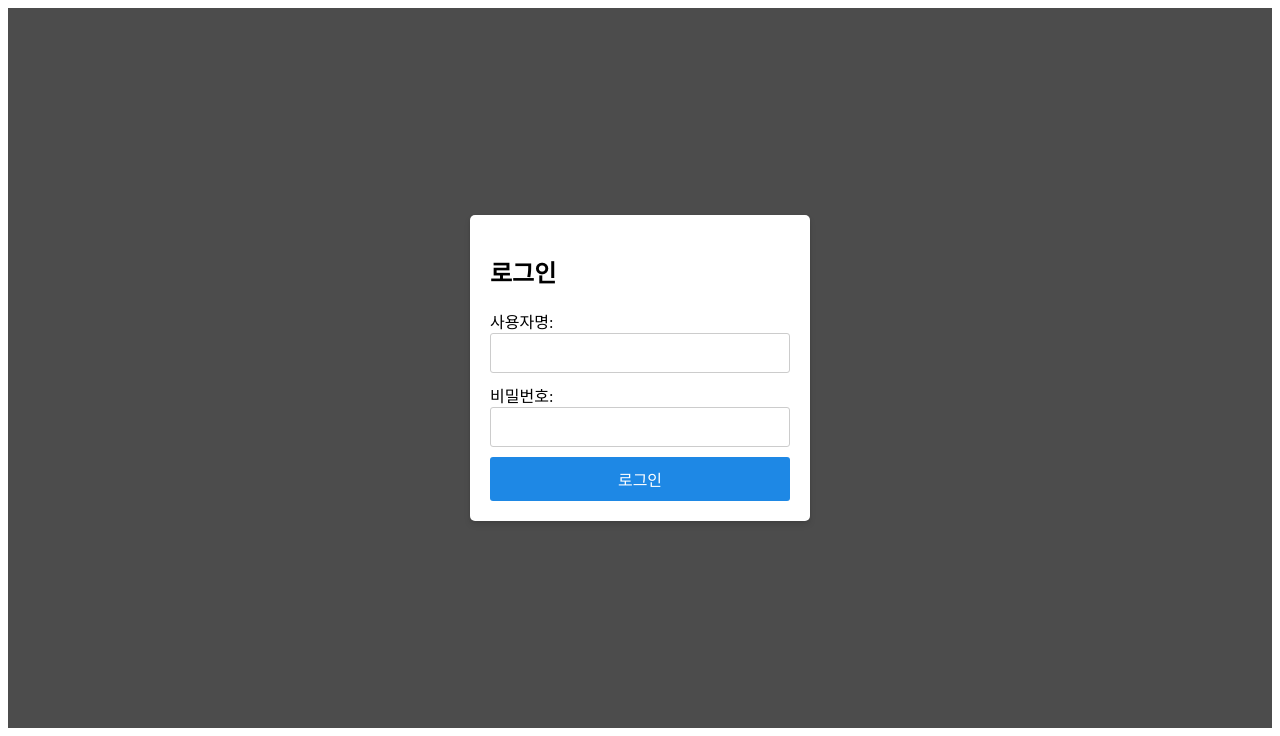
Repository: NewTurn2017/MyChome
Page: index.html
The author's editor kept a copy of each file at every save. The page is drawn from the files as they stood at one save, then again after the next save.
The browser window is 1280 px wide. The pictures show the whole page.
The page's requests for data from a server got no answer.

Above is the page before, as saved 2023-04-17 20:50:25.
Console error: ReferenceError: validateUser is not defined

### index.html
<!DOCTYPE html>
<html lang="ko-KR">
  <head>
    <meta charset="UTF-8" />
    <title>나만의 홈페이지</title>
    <link rel="stylesheet" href="style.css" />
  </head>

  <body>
    <div id="mainContent" style="display: none">
      <div id="content">
        <div id="clock"></div>
        <div id="quote"></div>
        <div id="weather"></div>

        <div id="todo">
          <form id="todoForm">
            <input
              type="text"
              id="todoInput"
              placeholder="할 일을 입력하세요"
            />
            <button type="submit" id="addBtn">추가</button>
          </form>
          <ul id="todoList"></ul>
          <button id="saveBtn">저장</button>
          <button id="loadBtn">불러오기</button>
        </div>
      </div>
    </div>
    <div id="loginContainer">
      <div id="loginFormContainer">
        <h2>로그인</h2>
        <form id="loginForm">
          <div class="inputContainer">
            <label for="username">사용자명:</label>
            <input type="text" id="username" />
          </div>
          <div class="inputContainer">
            <label for="password">비밀번호:</label>
            <input type="password" id="password" />
          </div>
          <button type="submit" id="loginBtn">로그인</button>
        </form>
      </div>
    </div>

    <script src="main.js"></script>
    <script src="database.js"></script>
    <script src="clock.js"></script>
    <script src="quote.js"></script>
    <script src="weather.js"></script>
    <script src="todo.js"></script>
  </body>
</html>

### style.css
/* 모달 스타일 */
.modal {
  display: none; /* 모달을 기본적으로 숨김 */
  position: fixed; /* 스크롤에 따라 모달이 움직이지 않도록 고정 */
  z-index: 1; /* 모달이 다른 요소들 위에 위치하도록 설정 */
  left: 0;
  top: 0;
  width: 100%;
  height: 100%;
  overflow: auto;
  background-color: rgba(0, 0, 0, 0.7);
}

.modal-content {
  background-color: #fefefe;
  margin: 15% auto;
  padding: 20px;
  border: 1px solid #888;
  width: 30%;
  border-radius: 10px;
  box-shadow: 0 4px 6px rgba(0, 0, 0, 0.1), 0 1px 3px rgba(0, 0, 0, 0.08);
}

.close {
  float: right;
  font-size: 28px;
  font-weight: bold;
  cursor: pointer;
  color: #888;
}

.close:hover,
.close:focus {
  color: #444;
  text-decoration: none;
  cursor: pointer;
}

/* 기존 스타일들 */

/* 로그인 컨테이너 스타일 */
#loginContainer {
  display: flex;
  justify-content: center;
  align-items: center;
  height: 100vh;
  background-color: rgba(0, 0, 0, 0.7);
}

#loginFormContainer {
  background-color: #fff;
  width: 300px;
  padding: 20px;
  border-radius: 5px;
  box-shadow: 0 4px 6px rgba(0, 0, 0, 0.1), 0 1px 3px rgba(0, 0, 0, 0.08);
}

h2 {
  margin-bottom: 20px;
}

.inputContainer {
  display: flex;
  flex-direction: column;
  margin-bottom: 10px;
}

input[type='text'],
input[type='password'] {
  padding: 10px;
  font-size: 16px;
  border: 1px solid #ccc;
  border-radius: 3px;
}

button#loginBtn {
  width: 100%;
  padding: 10px;
  font-size: 16px;
  background-color: #1e88e5;
  color: #fff;
  border: none;
  border-radius: 3px;
  cursor: pointer;
}

#loginBtn:hover {
  opacity: 0.8;
}

### main.js
// 로그인 폼 열기
const loginModal = document.getElementById('loginModal')
const loginBtn = document.getElementById('loginBtn')
const closeBtn = document.querySelector('.close')

// 아이디와 비밀번호 검증
if (validateUser(username, password)) {
  alert('로그인되었습니다.')
  loginModal.style.display = 'none'
  // 로그인 성공 시 mainContent div를 표시함
  document.getElementById('mainContent').style.display = 'block'
} else {
  alert('아이디 또는 비밀번호가 올바르지 않습니다.')
}

loginBtn.onclick = function () {
  loginModal.style.display = 'block'
}

// 로그인 폼 닫기
closeBtn.onclick = function () {
  loginModal.style.display = 'none'
}

// 로그인 폼 전송
const loginForm = document.getElementById('loginForm')

loginForm.addEventListener('submit', function (event) {
  event.preventDefault() // 폼 기본 동작 중단

  // 입력된 아이디와 비밀번호 가져오기
  const username = loginForm.username.value
  const password = loginForm.password.value

  // 아이디와 비밀번호 검증
  // TODO: 실제로는 서버와 통신하여 검증해야 함
  if (username === 'admin' && password === '1234') {
    alert('로그인되었습니다.')
    loginModal.style.display = 'none'
  } else {
    alert('아이디 또는 비밀번호가 올바르지 않습니다.')
  }
})

### database.js
const users = [
  {
    username: 'admin',
    password: '1234',
  },
  {
    username: 'user',
    password: '5678',
  },
]

function validateUser(username, password) {
  const user = users.find(
    (user) => user.username === username && user.password === password
  )

  return user ? true : false
}

### clock.js
// 시계 출력 함수
function showClock() {
  const now = new Date() // 현재 시간을 가져옴
  const hour = now.getHours() // 시간을 가져옴
  const minute = now.getMinutes() // 분을 가져옴
  const second = now.getSeconds() // 초를 가져옴

  const clock = document.getElementById('clock')
  clock.textContent = `${hour < 10 ? '0' + hour : hour}:${
    minute < 10 ? '0' + minute : minute
  }:${second < 10 ? '0' + second : second}`

  // 1초마다 showClock 함수를 호출하여 시간을 업데이트 함
  setTimeout(showClock, 1000)
}

// showClock 함수를 최초로 호출하여 화면에 시계를 표시함
showClock()

### quote.js
// 명언 출력 함수
async function showQuote() {
  const response = await fetch('https://quotes.rest/qod') // 명언을 가져옴
  const data = await response.json()
  const quote = data.contents.quotes[0].quote
  const author = data.contents.quotes[0].author

  const quoteElem = document.getElementById('quote')
  quoteElem.innerHTML = `<p>${quote}</p><p>- ${author}</p>`

  // 30초마다 showQuote 함수를 호출하여 명언을 업데이트 함
  setTimeout(showQuote, 30000)
}

// showQuote 함수를 최초로 호출하여 화면에 명언을 표시함
showQuote()

### todo.js
// Todo List 출력 함수
function showTodoList() {
  const todoList = JSON.parse(localStorage.getItem('todoList')) || [] // 로컬 스토리지에서 Todo List를 가져옴

  const todoListElem = document.getElementById('todoList')
  todoListElem.innerHTML = ''

  todoList.forEach((todo, index) => {
    const li = document.createElement('li')
    li.innerHTML = `
        <input type="text" value="${todo}" data-index="${index}">
        <button class="deleteBtn" data-index="${index}">삭제</button>
      `
    todoListElem.appendChild(li)
  })

  // 삭제 버튼 클릭 이벤트 핸들러 등록
  const deleteBtns = document.querySelectorAll('.deleteBtn')
  deleteBtns.forEach((btn) => {
    btn.onclick = function () {
      const index = this.dataset.index
      todoList.splice(index, 1)
      showTodoList()
    }
  })
}

// Todo List 추가 함수
function addTodoList() {
  const todoInput = document.getElementById('todoInput')
  const todoList = JSON.parse(localStorage.getItem('todoList')) || [] // 로컬 스토리지에서 Todo List를 가져옴
  todoList.push(todoInput.value) // 새로운 할 일을 추가함
  localStorage.setItem('todoList', JSON.stringify(todoList)) // 로컬 스토리지에 Todo List를 저장함
  todoInput.value = '' // 입력 필드를 초기화함
  showTodoList()
}

// Todo List 수정 함수
function modifyTodoList(index, value) {
  const oldTodoList = JSON.parse(localStorage.getItem('todoList')) || [] // 로컬 스토리지에서 Todo List를 가져옴
  oldTodoList[index] = value // 할 일을 수정함
  localStorage.setItem('todoList', JSON.stringify(oldTodoList)) // 로컬 스토리지에 Todo List를 저장함
  showTodoList()
}

// Todo List 저장 함수
function saveTodoList() {
  const todoList = JSON.parse(localStorage.getItem('todoList')) || [] // 로컬 스토리지에서 Todo List를 가져옴
  const filename = 'todolist.json'
  const blob = new Blob([JSON.stringify(todoList)], {
    type: 'application/json',
  })
  const url = URL.createObjectURL(blob)
  const a = document.createElement('a')
  a.href = url
  a.download = filename
  a.click()
}
// Todo List 불러오기 함수
async function loadTodoList() {
  const input = document.createElement('input')
  input.type = 'file'
  input.accept = 'application/json'
  input.onchange = async function () {
    const file = input.files[0]
    const reader = new FileReader()
    reader.readAsText(file)
    reader.onloadend = async function () {
      if (reader.result) {
        const newTodoList = JSON.parse(reader.result)
        localStorage.setItem('todoList', JSON.stringify(newTodoList)) // 로컬 스토리지에 Todo List를 저장함
        showTodoList()
      }
    }
  }
  input.click()
}

// Todo List Form submit 이벤트 핸들러 등록
const todoForm = document.getElementById('todoForm')
todoForm.onsubmit = function (event) {
  event.preventDefault() // 기본 동작을 막음
  addTodoList()
}

// 저장 버튼 click 이벤트 핸들러 등록
const saveBtn = document.getElementById('saveBtn')
saveBtn.onclick = function () {
  saveTodoList()
}

// 불러오기 버튼 click 이벤트 핸들러 등록
const loadBtn = document.getElementById('loadBtn')
loadBtn.onclick = async function () {
  await loadTodoList()
}

// showTodoList 함수를 최초로 호출하여 화면에 Todo List를 표시함
showTodoList()

Loaded but not shown: weather.js (no copy from this time; the picture is the same without it)

After the next save:
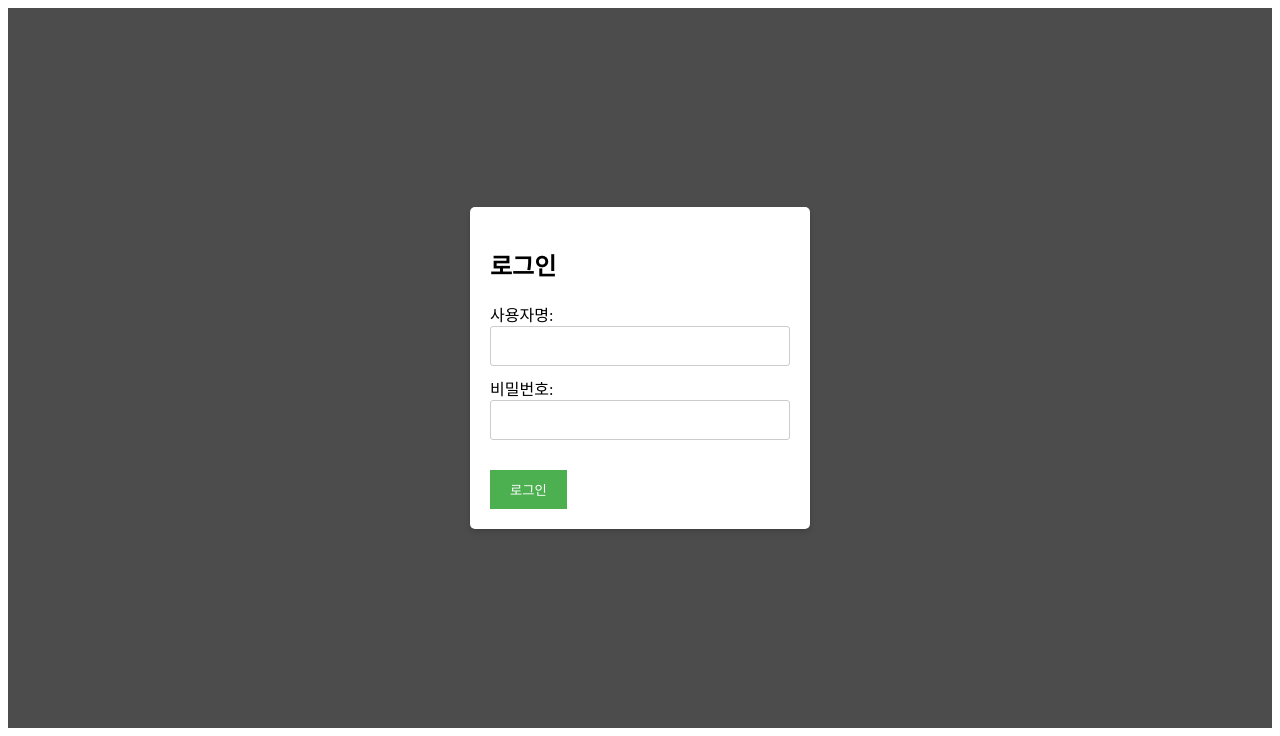
Saved 13 s later.
--- a/style.css
+++ b/style.css
@@ -74,13 +74,11 @@
 }
 
 button#loginBtn {
-  width: 100%;
-  padding: 10px;
-  font-size: 16px;
-  background-color: #1e88e5;
-  color: #fff;
+  margin-top: 20px;
+  padding: 10px 20px;
+  background-color: #4caf50;
+  color: white;
   border: none;
-  border-radius: 3px;
   cursor: pointer;
 }
 

After the save that followed:
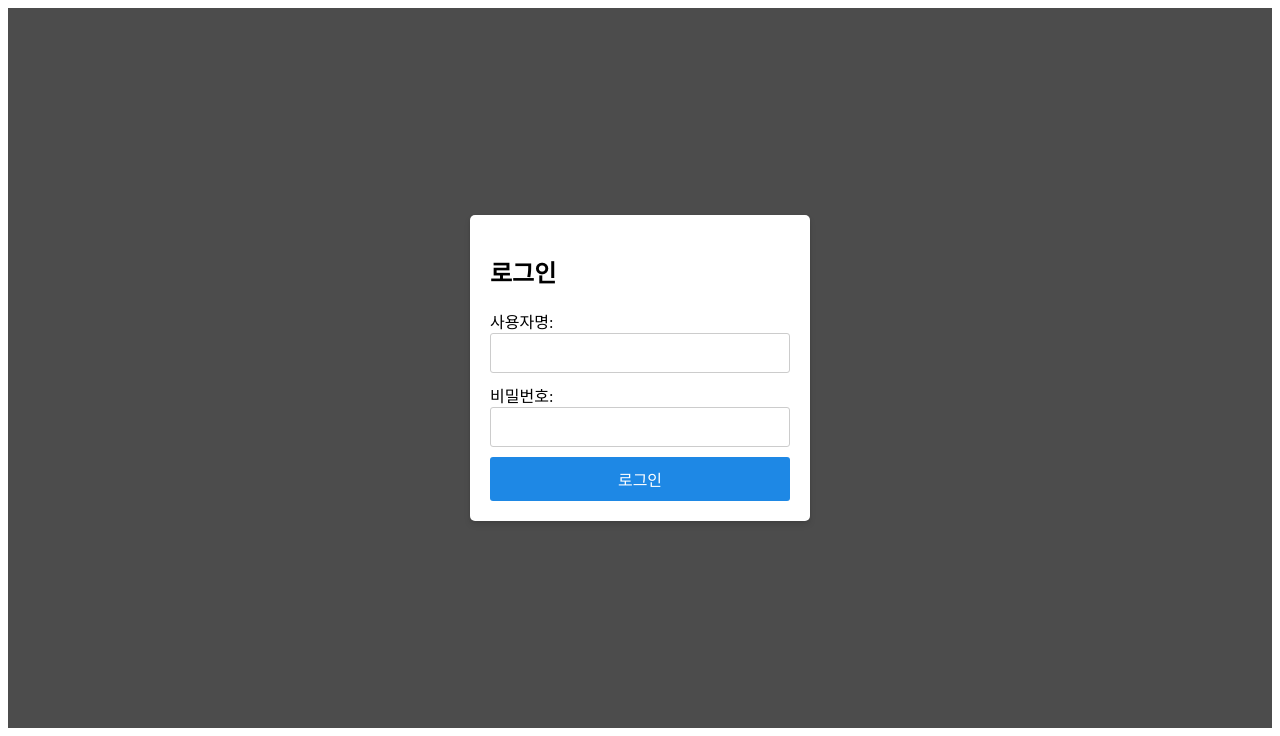
Saved 6 s later.
--- a/style.css
+++ b/style.css
@@ -74,11 +74,13 @@
 }
 
 button#loginBtn {
-  margin-top: 20px;
-  padding: 10px 20px;
-  background-color: #4caf50;
-  color: white;
+  width: 100%;
+  padding: 10px;
+  font-size: 16px;
+  background-color: #1e88e5;
+  color: #fff;
   border: none;
+  border-radius: 3px;
   cursor: pointer;
 }
 
